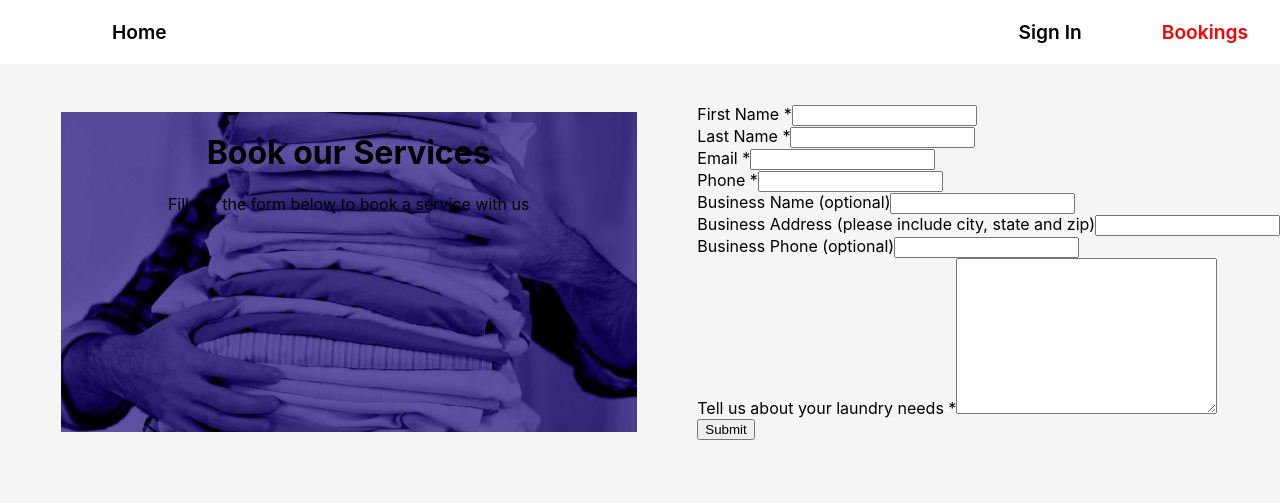
Repository: MikkyPrestige/fake-user-authentication
Page: /booking
These files come from the project's save history. The page is drawn as it stood at one moment and after the next save; the edit follows.
The browser window is 1280 px wide. The pictures show the whole page.
The project was rebuilt for these pictures with package versions that can differ from the ones it lists, and the page was loaded fresh each time. Also part of the build but not shown: src/assets/styles/home.css, src/components/home.jsx.

Above is the page before, as saved 2022-11-20 03:13:21.

### src/index.css
body {
  margin: 0;
  font-family: -apple-system, BlinkMacSystemFont, 'Segoe UI', 'Roboto', 'Oxygen',
    'Ubuntu', 'Cantarell', 'Fira Sans', 'Droid Sans', 'Helvetica Neue',
    sans-serif;
  -webkit-font-smoothing: antialiased;
  -moz-osx-font-smoothing: grayscale;
  /* background-image: url(./assets/img/pattern_blue-1.jpg);
  background-repeat: no-repeat;
  background-size: cover;
  background-position: center;
  background-attachment: fixed; */
}

code {
  font-family: source-code-pro, Menlo, Monaco, Consolas, 'Courier New',
    monospace;
}

### src/App.jsx
import React from "react";
import { Route, Routes } from "react-router-dom";
import { Home, Navigation, Booking } from "./components";

function App() {
  return (
    <div className="App">
      <Navigation />
      <Routes>
      <Route path="/" element={< Home />} />
      <Route path="/booking" element={< Booking />} />
      </Routes>
    </div>
  );

}

export default App;

### src/components/index.js
export { default as Home } from './home';
export { default as Navigation } from './navigation';
export { default as Booking } from './booking';

### src/components/navigation.jsx
// NAVIGATION COMPONENT

import React from "react";
import { NavLink } from "react-router-dom";
import "../assets/styles/navigation.css";

const Navigation = () => {
  return (
    <div className="navigation">
      <nav className="navigation__links">
        <div className="navigation--link">
          <NavLink
            style={({ isActive }) =>
              isActive ? { color: "red" } : { color: "black" }
            }
            to="/"
            className="navigation__link--item"
          >
            Home
          </NavLink>
        </div>
        <div className="navigation__link--wrapper">
          <NavLink
            style={({ isActive }) =>
              isActive ? { color: "red" } : { color: "black" }
            }
            to="/signIn"
            className="navigation__link--item"
          >
            Sign In
          </NavLink>
          <NavLink
            style={({ isActive }) =>
              isActive ? { color: "red" } : { color: "black" }
            }
            to="/booking"
            className="navigation__link--item"
          >
            Bookings
          </NavLink>
        </div>
      </nav>
    </div>
  );
};

export default Navigation;

### src/components/booking.jsx
// REGISTER COMPONENT: This component is for the form to register with the company in the app

import React from "react";
import { useState } from "react";
import "../assets/styles/booking.css";

const Booking = () => {
  // Create a state for the form
  const [form, setForm] = useState({
    firstName: "",
    lastName: "",
    email: "",
    businessName: "",
    businessAddress: "",
    businessPhone: "",
    order: "",
  });

  // Create a state for the error
  const [error, setError] = useState({});
  // Create a state for the success
  const [success, setSuccess] = useState(false);

  // Create a function to handle the change
  const handleChange = (e) => {
    const { name, value } = e.target;
    setForm({ ...form, [name]: value }); // A spread operator is used to copy the form object and then add the name and value to the form object and then set the form object to the new form object with the name and value added to it
  };

  // Create a function to handle the submit
  const handleSubmit = (e) => {
    e.preventDefault();
    console.log(form);
    // Validate the form
    const validate = () => {
      let error = {};
      if (!form.firstName) {
        error.firstName = "First name is required";
      }
      if (!form.lastName) {
        error.lastName = "Last name is required";
      }
      if (!form.email) {
        error.email = "Email is required";
      }
      if (!form.phone) {
        error.phone = "Phone Number is required";
      }
      if (!form.order) {
        error.order = "Order is required";
      }
      return error;
    };
    // Set the error
    setError(validate());
    // Check if there is no error
    if (Object.keys(validate()).length === 0) {
      setSuccess(true);
    }
  };

  return (
    <div className="booking">
      <div className="booking__wrapper">
        <div className="booking__content">
          <h1 className="booking__title">Book our Services</h1>
          <p className="booking__description">
            Fill out the form below to book a service with us
          </p>
        </div>
        <form className="booking__form" onSubmit={handleSubmit}>
          <div className="booking__form--group">
            <label htmlFor="firstName" className="booking__form--label">
              First Name *
            </label>
            <input
              type="text"
              name="firstName"
              id="firstName"
              className="booking__form--input"
              onChange={handleChange}
              required
            />
            {error.firstName && (
              <p className="booking__form--error">{error.firstName}</p>
            )}
          </div>
          <div className="booking__form--group">
            <label htmlFor="lastName" className="booking_form--label">
              Last Name *
            </label>
            <input
              type="text"
              name="lastName"
              id="lastName"
              className="booking__form--input"
              onChange={handleChange}
              required
            />
            {error.lastName && (
              <p className="booking__form--error">{error.lastName}</p>
            )}
          </div>
          <div className="booking__form--group">
            <label htmlFor="email" className="booking__form--label">
              Email *
            </label>
            <input
              type="email"
              name="email"
              id="email"
              className="booking__form--input"
              onChange={handleChange}
              required
            />
            {error.email && (
              <p className="booking__form--error">{error.email}</p>
            )}
          </div>
          <div className="booking__form--group">
            <label htmlFor="phone" className="booking__form--label">
              Phone *
            </label>
            <input
              type="tel"
              name="phone"
              id="phone"
              className="booking__form--input"
              onChange={handleChange}
              required
            />
            {error.phone && (
              <p className="booking__form--error">{error.phone}</p>
            )}
          </div>
          <div className="booking__form--group">
            <label htmlFor="businessName" className="booking__form--label">
              Business Name (optional)
            </label>
            <input
              type="text"
              name="businessName"
              id="businessName"
              className="booking__form--input"
              onChange={handleChange}
            />
          </div>
          <div className="booking__form--group">
            <label htmlFor="businessAddress" className="booking__form--label">
              Business Address (please include city, state and zip)
            </label>
            <input
              type="text"
              name="businessAddress"
              id="businessAddress"
              className="booking__form--input"
              onChange={handleChange}
            />
          </div>
          <div className="booking__form--group">
            <label htmlFor="businessPhone" className="booking__form--label">
              Business Phone (optional)
            </label>
            <input
              type="text"
              name="businessPhone"
              id="businessPhone"
              className="booking__form--input"
              onChange={handleChange}
            />
          </div>
          <div className="booking__form--group">
            <label htmlFor="order" className="booking__form--label">
              Tell us about your laundry needs *
            </label>
            <textarea
              name="order"
              id="order"
              cols="30"
              rows="10"
              className="booking__form--input"
              onChange={handleChange}
              required
            ></textarea>
            {error.order && (
              <p className="booking__form--error">{error.order}</p>
            )}
          </div>
          <button className="booking__form--button">Submit</button>
        </form>
        {success && (
          <p className="booking__form--success">
            Your order is received and been fast tracked.
            <span>Thank you for choosing us.</span>
          </p>
        )}
      </div>
    </div>
  );
};

export default Booking;

### src/assets/styles/navigation.css
.navigation {
    background-color: #fff;
    height: 4rem;
    position: fixed;
    top: 0;
    width: 100%;
    z-index: 100;
}

.navigation__links {
    display: flex;
    justify-content: space-between;
    align-items: center;
    height: 100%;
    padding: 0 2rem;
}

.navigation__link--item {
    font-size: 1.2rem;
    font-weight: 600;
    text-decoration: none;
}

.navigation--link {
  margin-left: 5rem;
}

.navigation__link--wrapper {
  display: flex;
  align-items: center;
  gap: 5rem;
}

### src/assets/styles/booking.css
.booking {
  background: #f5f5f5;
  padding: 5rem 0;
}

.booking__wrapper {
  display: flex;
  justify-content: space-between;
  align-items: center;
  height: 100%;
}

.booking__content {
  width: 45%;
  height: 20rem;
  background-image: url(../img/folded-clothes.jpeg);
  background-repeat: no-repeat;
  background-size: cover;
  background-position: center;
  text-align: center;
  /* padding: 1rem; */
  margin: 2rem auto;

}

Loaded but not shown: public/index.html (common file); src/index.js (common file)

After the next save:
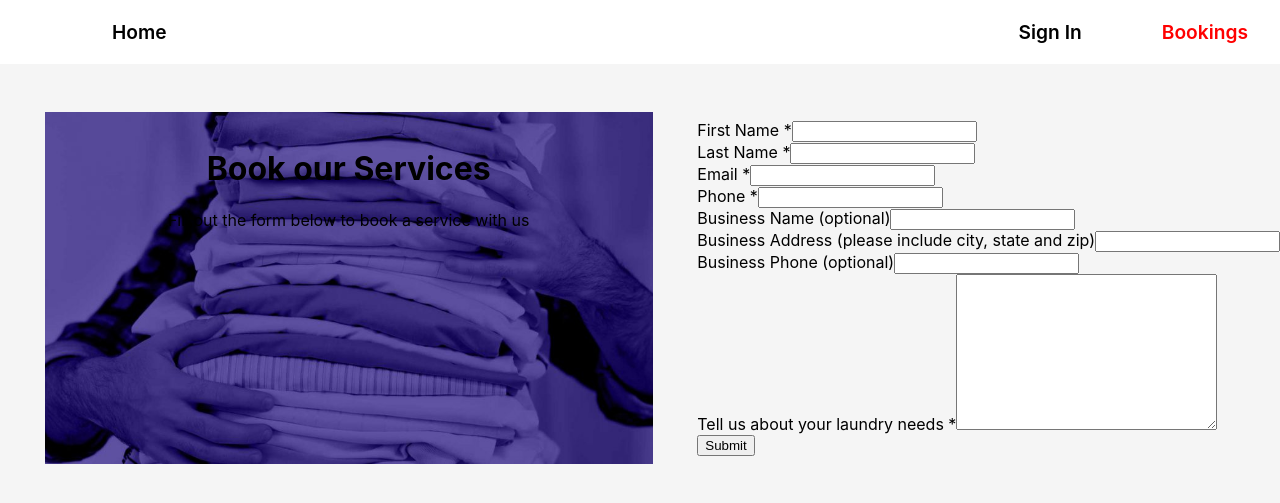
Saved 7 s later.
--- a/src/assets/styles/booking.css
+++ b/src/assets/styles/booking.css
@@ -18,7 +18,7 @@
   background-size: cover;
   background-position: center;
   text-align: center;
-  /* padding: 1rem; */
+  padding: 1rem;
   margin: 2rem auto;
 
 }
